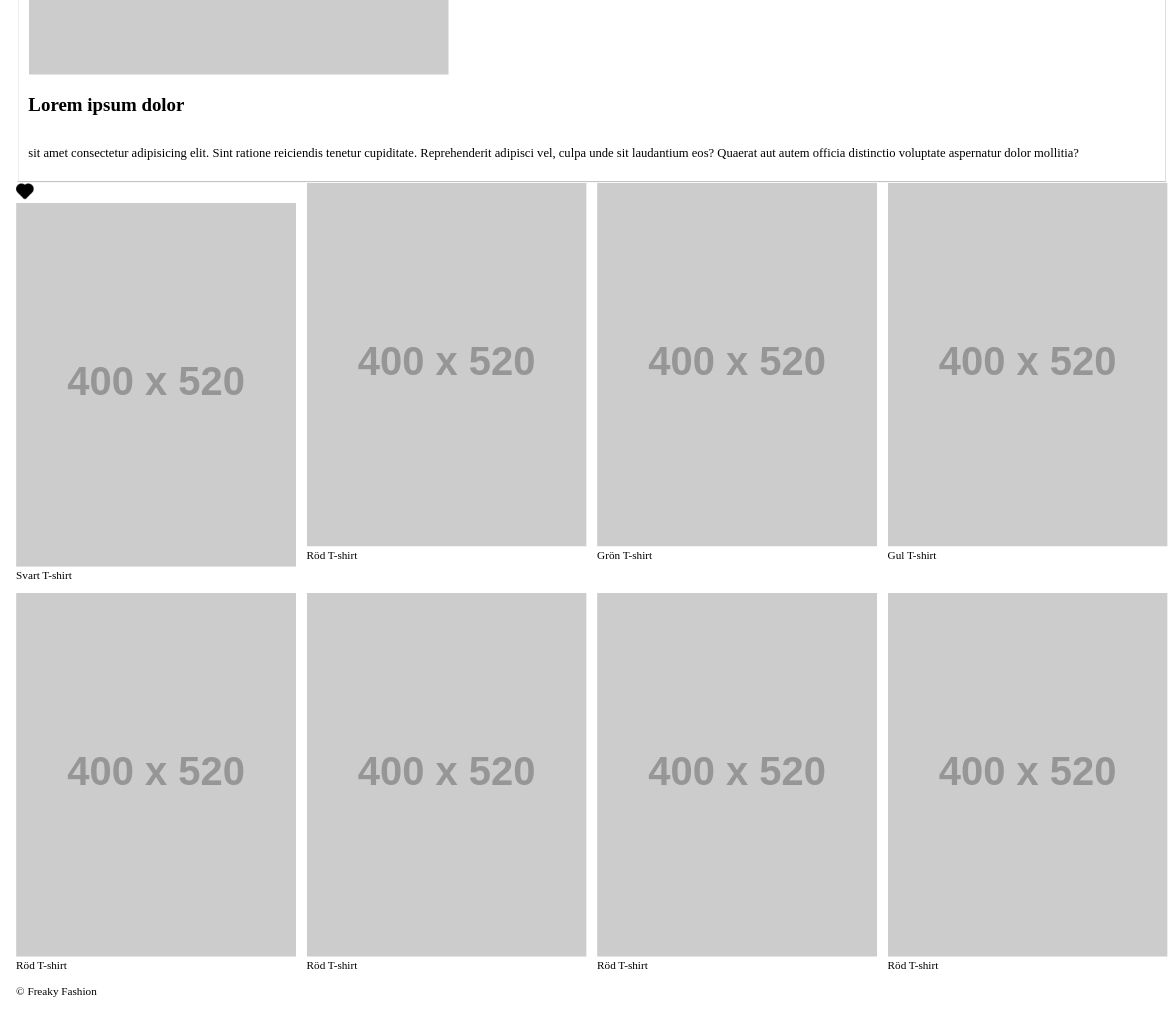
Repository: Kalle1995/project
Page: index.html
These files come from the project's save history. The page is drawn as it stood at one moment and after the next save; the edit follows.
The browser window is 1280 px wide. The page is 1668 px wide, so the pictures cover 1668 px, including what lies to the right of the window. The pictures show the part of the page from y = 624 to 2104 px (the page is 2072 px tall before and 2104 px after), at 70% of full size.

Above is the page before, as saved 2024-10-05 20:53:38.

### index.html
<!DOCTYPE html>
<html lang="sv">

<head>
  <meta charset="UTF-8" />
  <meta name="viewport" content="width=device-width, initial-scale=1.0" />
  <title>Freaky Fashion</title>

  <link rel="stylesheet" href="main.css" />
</head>

<body>
  <header>
    <section>
      <div class="wholeHead">
        <img src="https://placehold.co/600x200 " width="600" height="200" alt="icon" class="icon" />

        <div class="searchAndIcons">
          <input type="search" placeholder="Sök produkt" class="search">
          <div class="headIcons">
            <a href="#"><img src="bilder/full heart.png" alt="favourite"></a>
            <a href="#"><img src="bilder/cart.png" alt="cart"></a>
          </div>
        </div>
      </div>

      <!-- jag behöver fixa att man kan sriva och iconen förvinner -->
      <!-- om, jag har div för input typ så den ta hela raden -->

      <div>
        <nav class="NavList">
          <ul>
            <li class="nav-list-item"><a href="#">Nyeter</a></li>
            <li class="nav-list-item hide-on-mobile ejnav"><a href="#">Kategoroer</a></li>
            <li class="nav-list-item"><a href="#">Topplistan</a></li>
            <li class="nav-list-item"><a href="#">Rea</a></li>
            <li class="nav-list-item"><a href="#">Kampanjer</a></li>
          </ul>
        </nav>
      </div>

      <!-- <dl> och <dt> använda man i detta falet  -->

    </section>
  </header>

  <main>
    <section class="mid">
      <article>
        <fieldset>
          <img src="https://placehold.co/600x400" alt="" class="loremPic">
          <h2> Lorem ipsum dolor</h2>
          <p>
            <br>sit amet consectetur adipisicing elit. Sint ratione reiciendis tenetur cupiditate. Reprehenderit
            adipisci
            vel, culpa unde sit laudantium eos? Quaerat aut autem officia distinctio voluptate aspernatur dolor
            mollitia?
          </p>
        </fieldset>
      </article>
    </section>
    <section class="products">
      <div class="container">
        <!-- grid container -->
        <div>
          <img src="bilder/full heart.png" alt="">
          <img src="https://placehold.co/400x520/png?text=Black+T-shirt" alt="Svart T-shirt" />
          Svart T-shirt
        </div>

        <div>
          <img src="https://placehold.co/400x520/png?text=Red+T-shirt" alt="" />
          Röd T-shirt
        </div>

        <div>
          <img src="https://placehold.co/400x520/png?text=Green+T-shirt" alt="" />
          Grön T-shirt
        </div>

        <div>
          <img src="https://placehold.co/400x520/png?text=Gul+T-shirt" alt="" />
          Gul T-shirt

        </div>

        <div>
          <img src="https://placehold.co/400x520/png?text=Red+T-shirt" alt="">
          Röd T-shirt
        </div>

        <div>
          <img src="https://placehold.co/400x520/png?text=Red+T-shirt" alt="">
          Röd T-shirt
        </div>

        <div>
          <img src="https://placehold.co/400x520/png?text=Red+T-shirt" alt="">
          Röd T-shirt
        </div>

        <div>
          <img src="https://placehold.co/400x520/png?text=Red+T-shirt" alt="">
          Röd T-shirt
        </div>
      </div>
    </section>
  </main>

  <br>

  <footer>
    <div class="Company">&copy; Freaky Fashion</div>
  </footer>
</body>

</html>

### main.css
body {
    padding: 15px;
    font-size: 2em;
    display: grid;

}


h1 {
    text-align: center;

}

.products>div {
    display: grid;
    gap: 15px;

}

ul {
    list-style-type: none;
    margin: 0;
    padding: 0;

}

.search {
    border: 2px solid gray;
    border-radius: 12px;
    padding: 5px;
    display: inline;
    background-image: url(bilder/search.png);
    background-repeat: no-repeat;
    background-position: 4px;
    padding-left: 25px;

}

.NavList {
    display: block;
    padding-bottom: 10px;
    padding-top: 10px;

}

.container {
    position: relative;

}

.hide-on-mobile {
    display: none;
}

.nav-list-item {
    a {
        text-decoration: none;
    }
}

@media (max-width:640px) {
    .mid {
        position: relative;
        display: block;
        font-size: medium;
    }

    li {
        margin-bottom: 3px;
    }

    /* .icon {
        -ms-flex: 100%;
        felx: 100%;
        max-width: 100%;;
    }
        */

    .search {
        width: 75%;

    }

    .icon {
        width: 100%;
    }

    .searchAndIcons {
        display: flex;
    }

    .container {
        position: relative;
        left: auto;
        right: auto;
    }


}


@media (min-width: 640px) {
    .products>div {
        grid-template-columns: repeat(2, 1fr);

        .headicons {
            padding-left: 95%;
        }
    }

    .wholeHead {
        display: inline;
    }

    .mid {
        position: relative;
        display: block;
        font-size: large;
    }




}

body {
    font-size: 1.5em;
}


@media (min-width: 1024px) {
    .products>div {
        grid-template-columns: repeat(4, 1fr);
    }

    body {
        font-size: 1em;
    }

    .listan {
        display: flex;
    }

    li {
        display: inline;
        margin-right: 5px;
    }

    .hide-on-mobile {
        display: inline-block;
    }
}





/*
    @media (max-width:1024px) {
        .ejnav {
            display: none;
        }

      }
*/



/*
      @media print {
        body {
            font-size: 4em;
        }
        img {
            display: none;
        }
      }
*/



/*
här för Nyproduckt sidan
*/


header>h3 {
    position: absolute;
    left: 10px;
    bottom: auto;
}

.vänster {
    display: grid;
    grid-template-rows: 100%;
    background-color: gray;
}


.liggTill {
    hero-text button: hover
}


/*
kassa sidan
*/

.kassa {
    text-align: center;

}






.buy>button {
    display: grid;
    align-items: center;
    width: 80px;
    height: 30px;
    background-color: rgb(255, 255, 255);
    margin-left: 50%;
    font-weight: bold;
    border-radius: 10px;

}


.no-space {
    margin: 0;
    padding: 0;
    border: none;
    border-top: 1px solid black;
    /* Valfri färg eller stil på linjen */
}


.omOss {
    padding: 15px;
    background-color: rgb(207, 206, 206)
}

.list-container {
    display: inline-flex;
    justify-content: space-between;
    /* Ser till att listorna sprids ut jämnt */
    gap: 150px;
    /* Mellanrum mellan listorna */
}

.list {
    flex: 1;
    /* Gör att listorna tar upp lika mycket plats */
    padding-left: 15px;
}

.list h3 {
    margin-bottom: 20px;
}

.list li {
    list-style-type: none;
    /* ingen punkter i listan */
    padding: 0;
}

.list li ul {
    margin-bottom: 10px;
}




/*
Administration
*/

.AD {
    width: 115%;
    padding-left: 15px;
    margin-left: -25px;
    margin-top: -25px;
    float: left;
    font-style: normal;
    background-color: rgb(0, 0, 0);
    position: relative;
    display: flex;
    color: white;
}

.PR {
    background-color: rgb(209, 209, 208);
    height: auto;
    margin-left: -25px;
    padding-left: 20px;
    margin-right: auto;
    padding-right: 70px;
    padding-top: 15px;
    font-weight: bold;
    position: relative;
}

.AR {
    position: relative;
    ;
    left: 200px;
    top: -40px;

}













/*

.Company{
    text-align: center;
    bottom: auto;
}

After the next save:
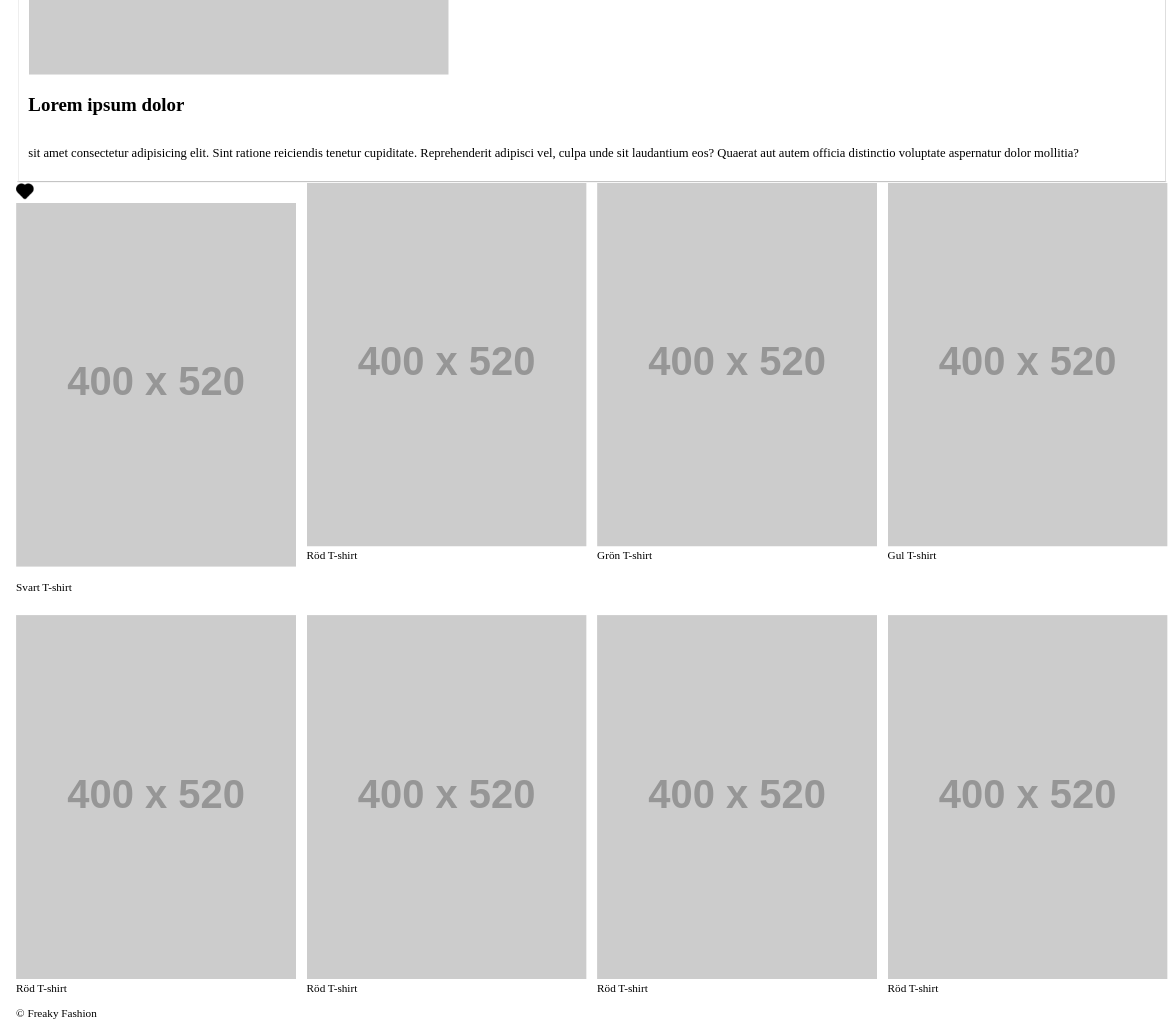
Saved 72 s later.
--- a/index.html
+++ b/index.html
@@ -65,7 +65,9 @@
         <div>
           <img src="bilder/full heart.png" alt="">
           <img src="https://placehold.co/400x520/png?text=Black+T-shirt" alt="Svart T-shirt" />
-          Svart T-shirt
+          <p>
+            Svart T-shirt
+          </p>
         </div>
 
         <div>
